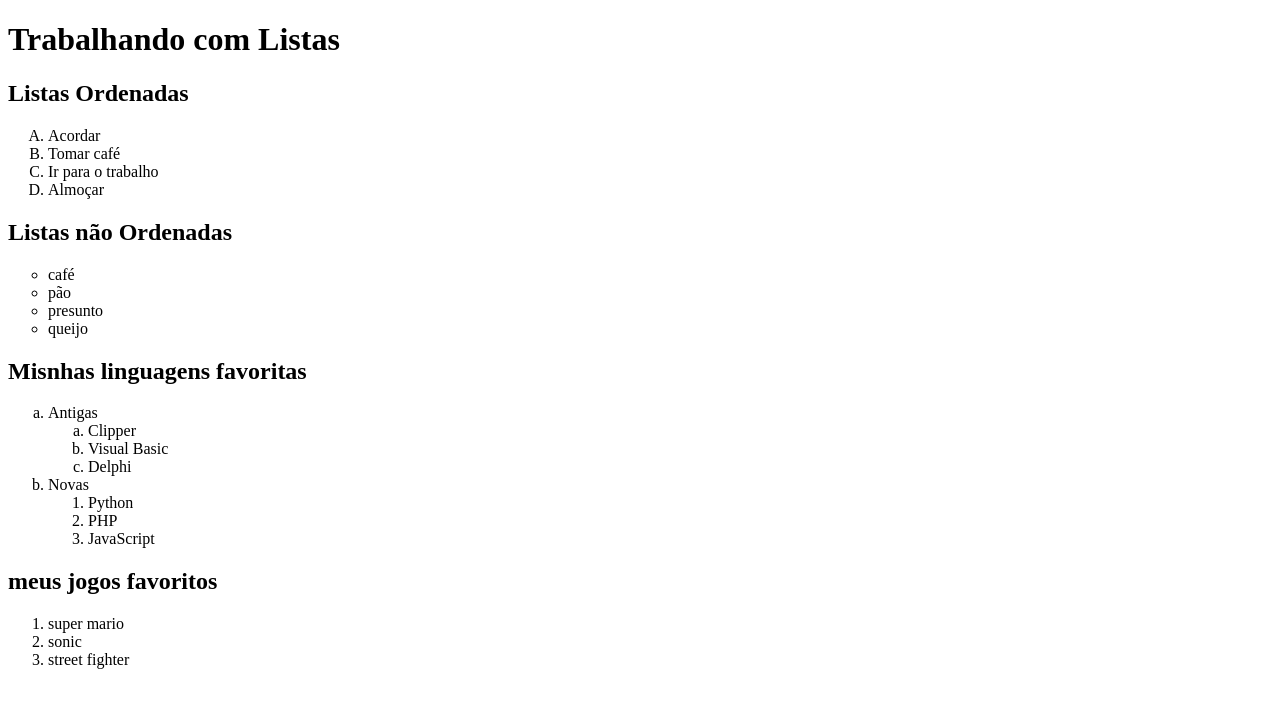
Repository: Iamjordana/html-css
Page: Html Css/Exercicios/ex009/index.html
The author's editor kept a copy of each file at every save. The page is drawn from the files as they stood at one save, then again after a run of saves.
The browser window is 1280 px wide. The pictures show the whole page.

Above is the page before, as saved 2025-01-08 18:36:56.

### Html Css/Exercicios/ex009/index.html
<!DOCTYPE html>
<html lang="pt-br">
<head>
    <meta charset="UTF-8">
    <meta name="viewport" content="width=device-width, initial-scale=1.0">
    <title>Listas</title>
</head>
<body>
    <h1>Trabalhando com Listas</h1> <!--Lista Simples-->
    <h2>Listas Ordenadas</h2>
    <ol type="A"> <!--1 A a I i-->
        <li>Acordar</li>
        <li>Tomar café</li>
        <li>Ir para o trabalho</li>
        <li>Almoçar</li>
    </ol>

    <h2>Listas não Ordenadas</h2>
    <ul type = "Circle"> <!--Circle square disc-->
        <li>café</li>
        <li>pão</li>
        <li>presunto</li>
        <li>queijo</li>
    </ul>

<h2>Misnhas linguagens favoritas</h2>
<ol type="a">
    <li>Antigas</li>
    <ol type="a">
        <li>Clipper</li>
        <li>Visual Basic</li>
        <li>Delphi</li>
    </ol>
    <li>Novas </li>
    <ol type="1">
        <li>Python</li>
        <li>PHP</li>
        <li>JavaScript</li>
    </ol>
</ol>
<h2>meus jogos favoritos</h2>
<ol>
    <li>super mario</li>
    <li>sonic</li>
    <li>street fighter</li>
</ol>
<ul>

</ul>
</body>
</html>

After the next 3 saves:
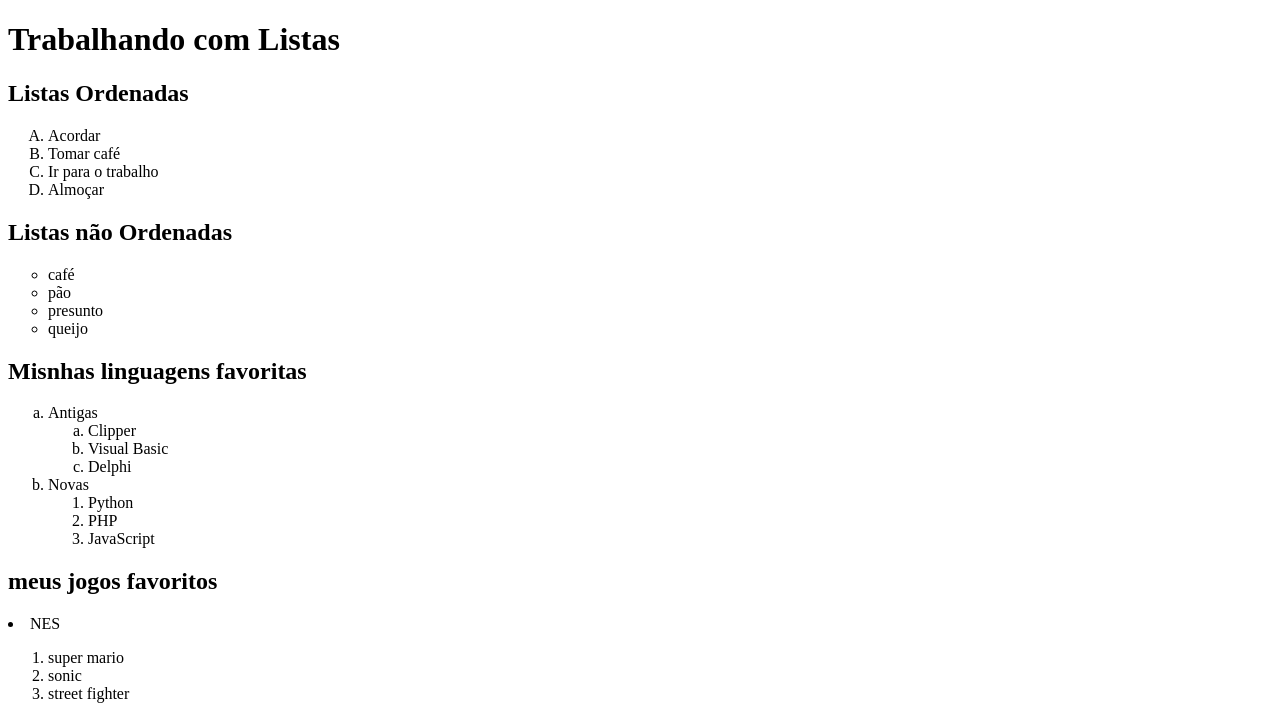
The 3 saves are shown as one change because they came seconds apart.
The last was saved 2 min 12 s later.
--- a/Html Css/Exercicios/ex009/index.html
+++ b/Html Css/Exercicios/ex009/index.html
@@ -39,6 +39,7 @@
     </ol>
 </ol>
 <h2>meus jogos favoritos</h2>
+    <li>NES</li>
 <ol>
     <li>super mario</li>
     <li>sonic</li>
